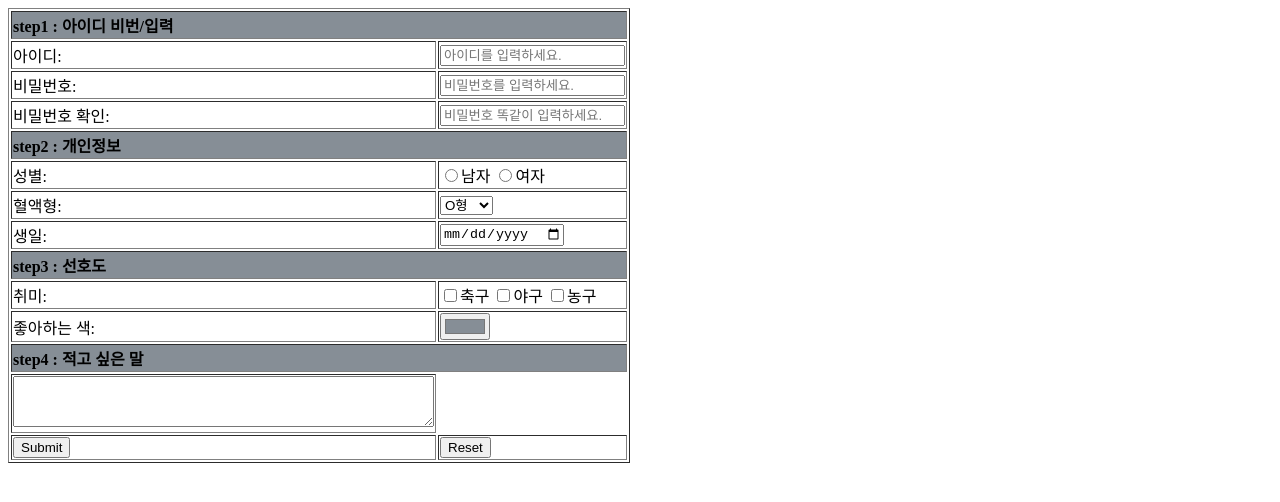
Repository: pillz9408/Jsp-Servlet
Page: jspstudy/day02/src/main/webapp/Lab2Join.html
The author's editor kept a copy of each file at every save. The page is drawn from the files as they stood at one save, then again after the next save.
The browser window is 1280 px wide. The pictures show the whole page.

Above is the page before, as saved 2022-10-05 06:37:50.

### jspstudy/day02/src/main/webapp/Lab2Join.html
<!DOCTYPE html>
<html>
<head>
<meta charset="UTF-8">
<title>lab2join</title>
</head>
<body>
<form action="lab2join" method="post">
<table border width="400">
	<tr>
	<td colspan="2" bgcolor="#868e96"><b>step1 : 아이디 비번/입력</b></td>
	</tr>
	<tr>
	<td>아이디:</td><td><input type="text" name="id" placeholder="아이디를 입력하세요."></td>
	</tr>
	<tr>
	<td>비밀번호:</td><td><input type="password" name="pass" placeholder="비밀번호를 입력하세요."></td>
	</tr>
	<tr>
	<td>비밀번호 확인:</td><td><input type="password" name="passcheck" placeholder="비밀번호 똑같이 입력하세요."> </td>
	</tr>
	<tr>
	<td colspan="2" bgcolor="#868e96"><b>step2 : 개인정보</b></td>
	</tr>
	<tr>
	<td>성별:</td><td><input type="radio"name="gender" value="남자">남자
	<input type="radio"name="gender" value="여자">여자</td>
	</tr>
	<tr>
	<td>혈액형:</td><td><select name='btype'>
		<option value="o">O형
		<option value="A">A형
		<option value="B">B형
		<option value="AB">AB형
		</select>
		</td>
	</tr>
	<tr>
	<td>생일: </td><td><input type="date" name="date" placeholder="년년년년-월월-일일"></td>
	</tr>
	<tr>
	<td colspan="2" bgcolor="#868e96"><b>step3 : 선호도</b></td>
	</tr>
	<tr>
	<td>취미:</td><td><input type="checkbox" name="hobby" value="축구">축구
	<input type="checkbox" name="hobby" value="야구">야구
	<input type="checkbox" name="hobby" value="농구">농구
	</td>
	</tr>
	<tr>
	<td>좋아하는 색:</td><td><input type="color" name="color" value="#868e96"></td>
	</tr>
	<tr>
	<td colspan="2" bgcolor="#868e96"><b>step4 : 적고 싶은 말</b></td>
	</tr>
	<tr>
	<td><textarea name="writes" rows="3" cols="50"></textarea></td>
	</tr>
	<tr>
	<td><input type="submit" name="제출"></td><td><input type="reset" name="초기화"></td>
	</tr>
</table>
</form>
</body>
</html>

After the next save:
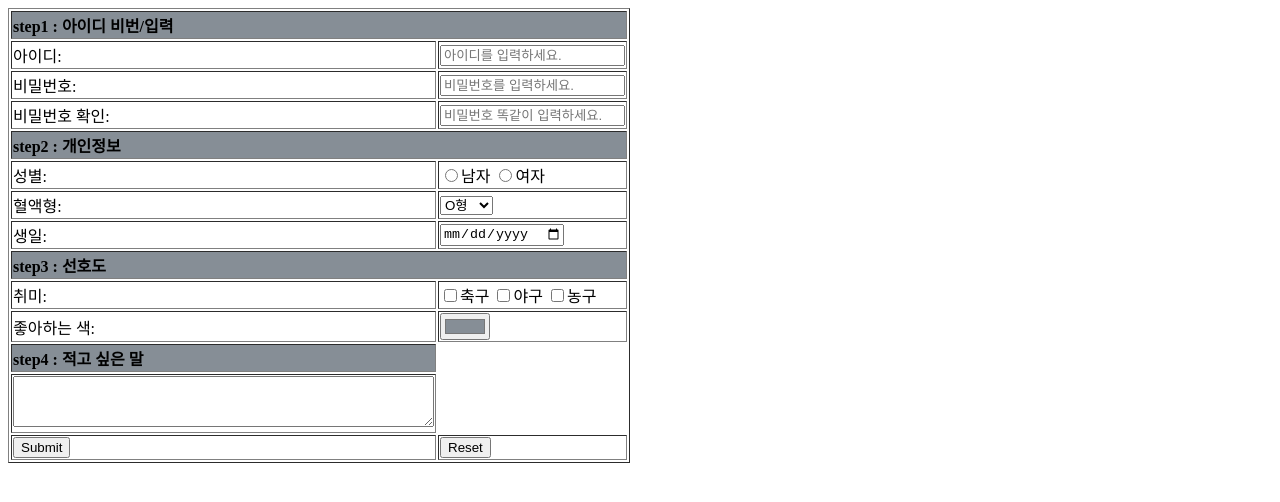
Saved 24 s later.
--- a/jspstudy/day02/src/main/webapp/Lab2Join.html
+++ b/jspstudy/day02/src/main/webapp/Lab2Join.html
@@ -51,7 +51,7 @@
 	<td>좋아하는 색:</td><td><input type="color" name="color" value="#868e96"></td>
 	</tr>
 	<tr>
-	<td colspan="2" bgcolor="#868e96"><b>step4 : 적고 싶은 말</b></td>
+	<td bgcolor="#868e96"><b>step4 : 적고 싶은 말</b></td>
 	</tr>
 	<tr>
 	<td><textarea name="writes" rows="3" cols="50"></textarea></td>
